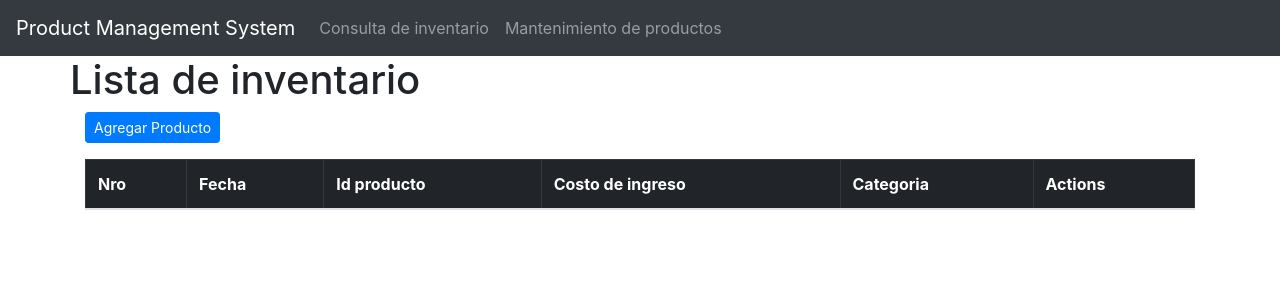
Repository: cartulina68/LP2_Examen2_Rosas
Page: http://localhost/inventario/index
These files come from the project's save history. The page is drawn as it stood at one moment and after the next save; the edit follows.
The browser window is 1280 px wide. The pictures show the whole page.
The page is this project's Thymeleaf template; nobody is signed in. The template is opened directly, without the code that normally fills it, so the values that code supplies are empty.

Above is the page before, as saved 2024-10-12 02:53:54.

### Spring/BD_T2_Inventario/src/main/resources/templates/inventario/index.html
<!DOCTYPE html>
<html>
<head>
<meta charset="UTF-8">
<title>Inventario</title>
<link rel="stylesheet"
              href="https://maxcdn.bootstrapcdn.com/bootstrap/4.0.0/css/bootstrap.min.css"
              integrity="sha384-Gn5384xqQ1aoWXA+058RXPxPg6fy4IWvTNh0E263XmFcJlSAwiGgFAW/dAiS6JXm"
              crossorigin="anonymous">
</head>
<body>
<nav class="navbar navbar-expand-md bg-dark navbar-dark">
            <!-- Brand -->
            <a class="navbar-brand" href="#">Product Management System</a>

            <!-- Toggler/Collapse Button -->
            <button class="navbar-toggler" type="button" data-toggle="collapse" data-target="#collapsibleNavbar">
                <span class="navbar-toggler-icon"></span>
            </button>

            <!-- Navbar links -->
            <div class="collapse navbar-collapse" id="collapsibleNavbar">
                <ul class="navbar-nav">
                    <li class="nav-item">
                        <a class="nav-link" th:href="@{/inventario/}">Consulta de inventario</a>
                    </li>
                    <li class="nav-item">
                        <a class="nav-link" th:href="@{/producto/}">Mantenimiento de productos</a>
                    </li>
                </ul>
            </div>
        </nav>

        <div class="container">
            <div class="row">
                <h1>Lista de inventario</h1>
            </div>

            <div class="row">
                <div class="col-lg-3">

                    <a th:href="@{/inventario/new}" class="btn btn-primary btn-sm mb-3">Agregar Producto</a>
                </div>
            </div>

            <table class="table table-striped table-bordered">
                <thead class="table-dark">
                    <tr>
                        <th>Nro</th>
                        <th>Fecha</th>
                        <th>Id producto</th>
                        <th>Costo de ingreso</th>
                        <th>Categoria</th>
                        <th>Actions</th>
                    </tr>
                </thead>
                <tbody>
                    <tr th:each="producto: ${productos}">
                       <td th:text="${producto.idProd}"></td>
                        <td th:text="${producto.descripcion}"></td>
                        <td th:text="${producto.precio}"></td>
                        <td th:text="${producto.stock}"></td>


                         <td>
                            <th:block th:each="producto,iter: ${producto.categoria}">
                                <label th:text="${producto.descripcion}"/>
                                <th:block th:if="${!iter.last}">, </th:block>
                            </th:block>
                        </td>


                        <td>

                            <a th:href="@{/producto/edit/{id}(id=${producto.idProd})}"
                               class="btn btn-primary">Update</a>
                            <a th:href="@{/producto/{id}(id=${producto.idProd})}"
                               class="btn btn-danger">Delete</a>

                        </td>
                </tr>
                </tbody>
            </table>
        </div>
</body>
</html>

After the next save:
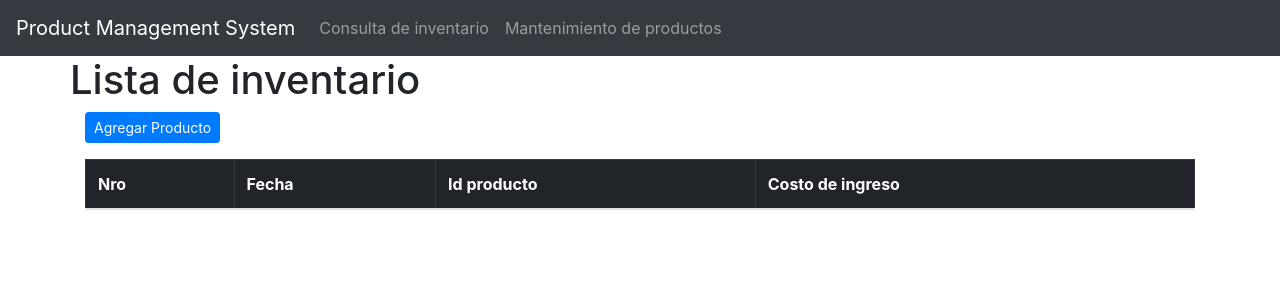
Saved 8 s later.
--- a/Spring/BD_T2_Inventario/src/main/resources/templates/inventario/index.html
+++ b/Spring/BD_T2_Inventario/src/main/resources/templates/inventario/index.html
@@ -50,8 +50,6 @@
                         <th>Fecha</th>
                         <th>Id producto</th>
                         <th>Costo de ingreso</th>
-                        <th>Categoria</th>
-                        <th>Actions</th>
                     </tr>
                 </thead>
                 <tbody>
